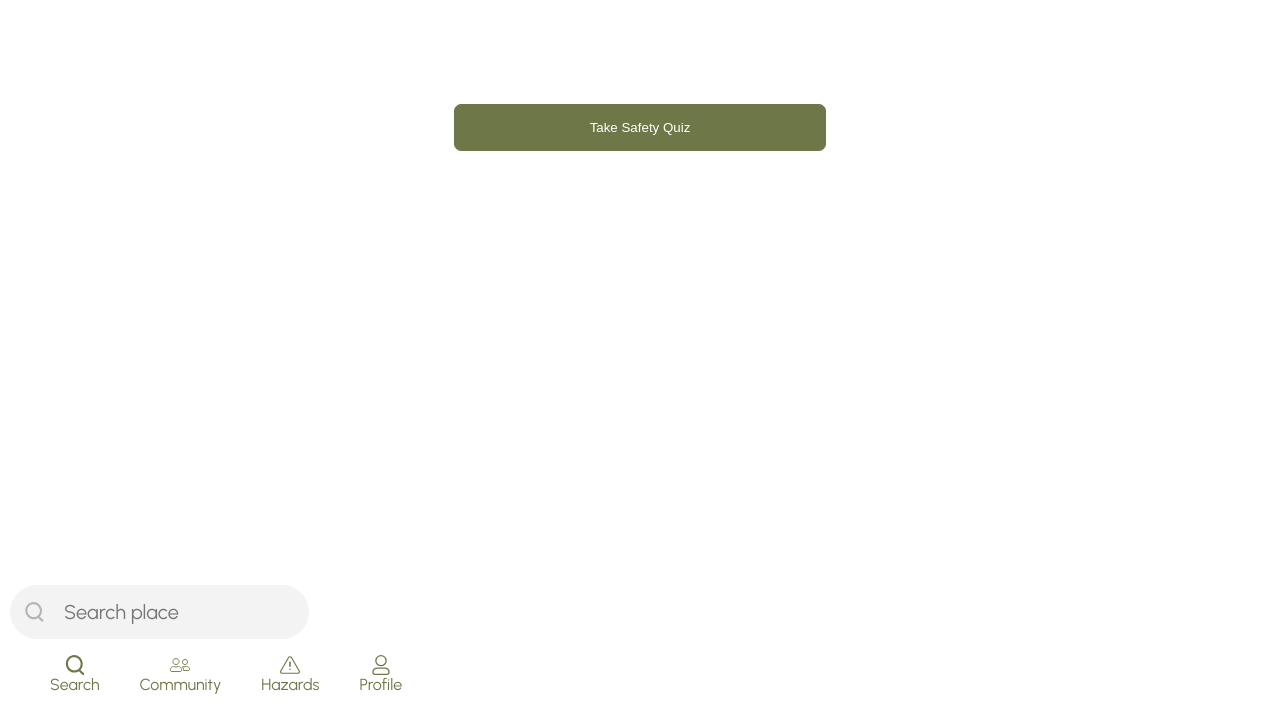
Repository: Aladdin3r/SafeCycle
Page: /
An editor plug-in stored every save of this project. The page is shown before and after a run of saves, followed by the edit.
The browser window is 1280 px wide. The pictures show the whole page.
The project was rebuilt for these pictures with package versions that can differ from the ones it lists, and the page was loaded fresh each time. The framework's server and built-in components were replaced by stand-ins that run in the browser.

Above is the page before, as saved 2024-04-15 12:58:38.

### pages/index.js
import Head from "next/head";
import styles from "@/styles/Home.module.css";
import Link from 'next/link'
import NavBar from "@/components/NavBar";


export default function Home() {
  return (
    <>
      <Head>
        <title>SafeCycle</title>
        <meta name="description" content="Home Page" />
        <meta name="viewport" content="width=device-width, initial-scale=1" />
        <link rel="icon" href="/favicon3.png" />
      </Head>
      <main className={`${styles.main}`}>

        <Link href="/quiz/questionOne">
          <button  className={styles.button}>Take Safety Quiz</button>
        </Link>
        <NavBar />
      </main>
    </>
  );
}

### styles/globals.css
@import url('https://fonts.googleapis.com/css2?family=Urbanist:wght@300;400;500;600&display=swap');

:root {
  --grey: #F3F3F3;
  --light-grey: #B4B4B4;
  --button-color: #6e7747;
  --button-color-hover: #4d5527;
  --correct: #008000;
  font-family: 'Urbanist', sans-serif;
}

### styles/Home.module.css
.main {
  display: flex;
  flex-direction: column;
  justify-content: space-between;
  align-items: center;
  padding: 6rem;
  min-height: 20vh;
}

.button {
  width: 372px;
  height: 47px;
  background-color: var(--button-color);
  color: white;
  border: 1.5px solid var(--button-color);
  border-radius: 7px;
}
.button:hover{
  width: 372px;
  height: 47px;
  background-color: var(--button-color-hover);
  color: white;
  border: 1.5px solid var(--button-color-hover);
  border-radius: 7px;
}

### components/NavBar/index.js
import nextConfig from '@/next.config.mjs'
import styles from './NavBar.module.css'
import Image from 'next/image'

export default function NavBar() {
    return(
        <div className={`${styles.container} ${styles.navigation}`}>
            <div className={styles.navigation}>
                <form>
                    <div className={styles.search}>
                        <Image className={styles.searchIcon} src="./icons/search.svg" width={20} height={20} />
                        <input className={styles.searchInput} type="search" placeholder='Search place'></input>
                    </div>
                </form>
                <ul>
                    <li className={styles.list}>
                        <Image src="./icons/searchgreen.svg" width={20} height={20} />
                        <a>Search</a>
                    </li>
                    <li className={styles.list}>
                        <Image src="./icons/community.svg" width={20} height={20} />
                        <a>Community</a>
                    </li>
                    <li className={styles.list}>
                        <Image src="./icons/hazard.svg" width={20} height={20} />
                        <a>Hazards</a>
                    </li>
                    <li className={styles.list}>
                        <Image src="./icons/profile.svg" width={20} height={20} />
                        <a>Profile</a>
                    </li>

                </ul>
            </div>
        </div>
    )
}

### components/NavBar/NavBar.module.css
.search {
    width: max-content;
    align-items: center;
    padding: 14px;
    border-radius: 28px;
    background-color: var(--grey);
    flex-grow: 1;
}

.searchInput {
    background-color: var(--grey);
    border: none;
    font-size: 20px;
    color: var(--light-grey);
    font-family: 'Urbanist';
    flex-grow: 1;
}

.searchIcon {
    margin-right: 10px;
}

.container {
    display: flex;
    justify-content: end;
    align-items: center;
    position: fixed;
    bottom: 0;
    left: 0;
    width: 100%;
    background-color: white;
    padding: 10px;
}

.search {
    display: flex;
    flex-direction: row;
    gap: 0.5em;
}

.navigation {
    width: 100%; /* Ensure full width */
    max-width: 400px; /* Set maximum width for mobile */
    margin-bottom: ;
}

.navigation ul{
    display: flex;
    flex-direction: row;
    gap: 2.5em;
    list-style-type: none;
    background-color: white;
    color: var(--button-color);
}

.navigation li {
    display: flex;
    flex-direction: column;
    justify-content: center;
    align-items: center;
}

Loaded but not shown: pages/_app.js (common file); pages/_document.js (common file); next.config.mjs (common file)

After the next 2 saves:
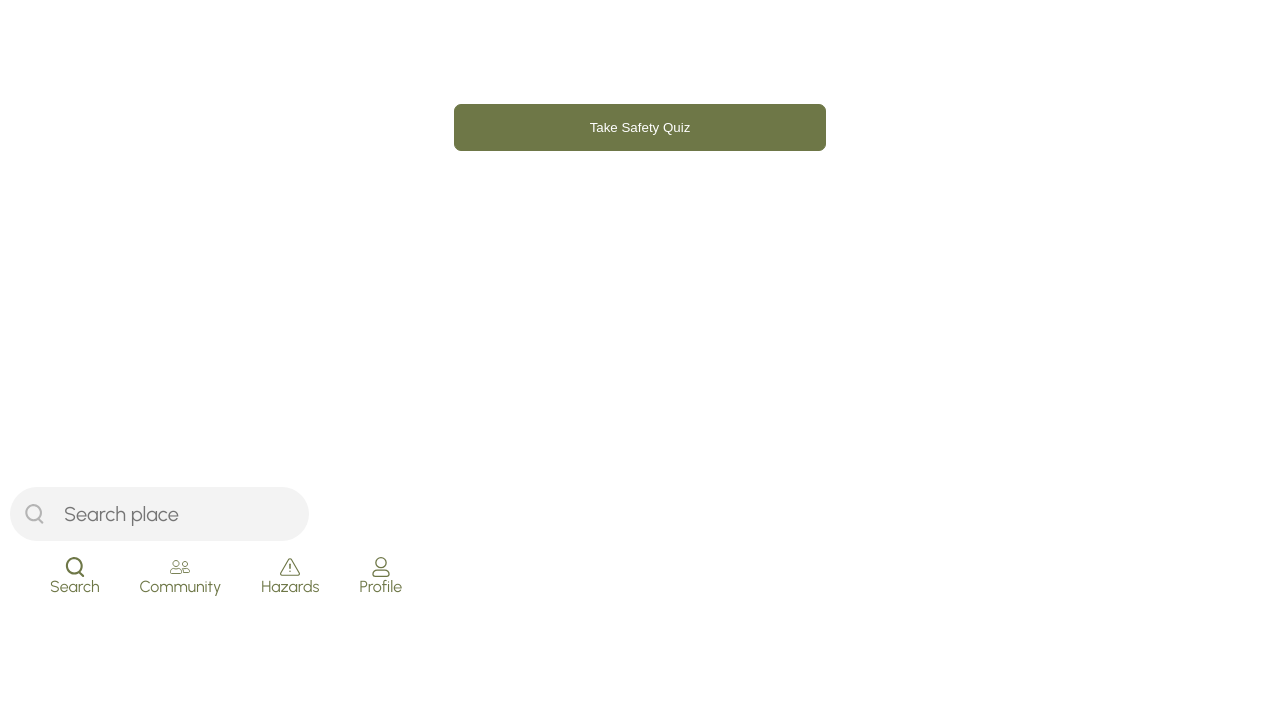
The 2 saves are shown as one change because they came seconds apart.
The last was saved 14 s later.
--- a/components/NavBar/NavBar.module.css
+++ b/components/NavBar/NavBar.module.css
@@ -41,7 +41,7 @@
 .navigation {
     width: 100%; /* Ensure full width */
     max-width: 400px; /* Set maximum width for mobile */
-    margin-bottom: ;
+    margin-bottom: 49px;
 }
 
 .navigation ul{
